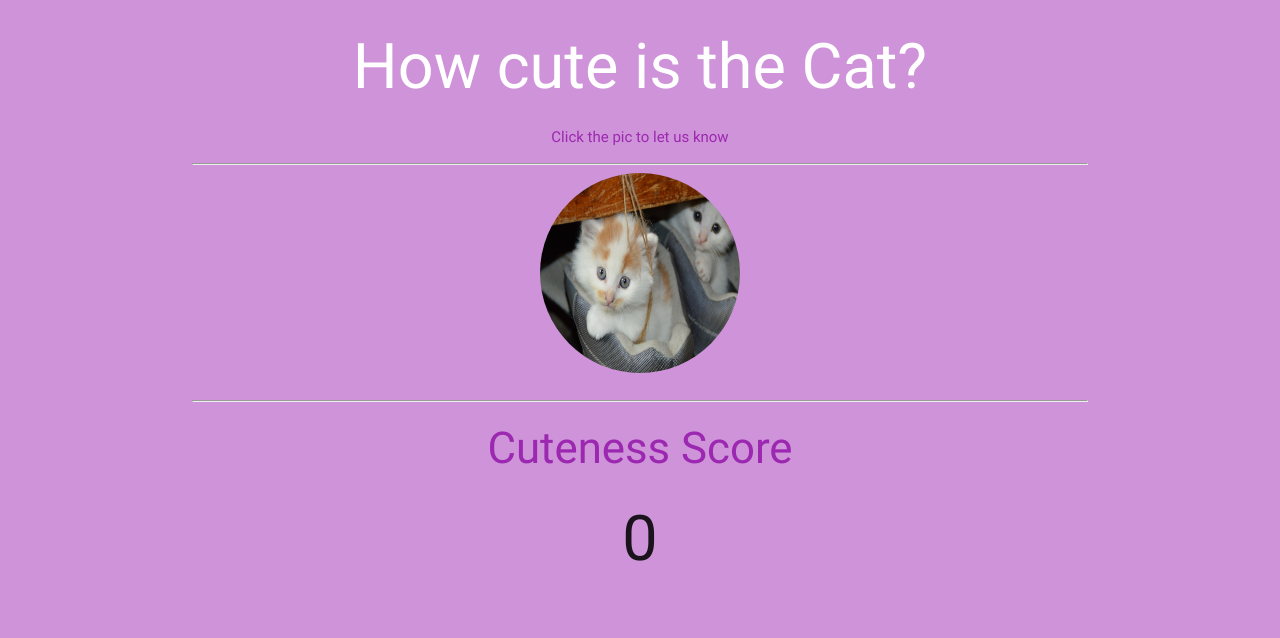
Repository: jaustinlam/cat-clicker
Page: main.html
The author's editor kept a record of every edit. The page is drawn from the files as they stood at one moment, then again after the next edit.
The browser window is 1280 px wide. The pictures show the whole page.

Above is the page before.

### main.html
<!DOCTYPE html>
<html lang="en-us">

<head>
<meta charset="utf-8">
<title>Cat Clicker</title>
<!--stylesheets-->
<link href="https://fonts.googleapis.com/icon?family=Material+Icons" rel="stylesheet">
<link rel="stylesheet" type="text/css" href="materialize/css/materialize.min.css">
<link rel="stylesheet" type="text/css" href="css/styles.css">
</head>

<body>
    <div class="container">
        <div class="row">
            <div class="col s12">
                <h1 class="white-text" id="title">How cute is the Cat?</h1>
                <p class="purple-text lighten-2" id="title">Click the pic to let us know</p>
                <hr>
                <!--<i class="material-icons">play_for_class</i>-->
            </div>
            <div class="col s12">
                <img id="cat-img" class="circle responsive-img" src="images/cat-451377_1920.jpg">
            </div>
        </div>
        <div class="row">
            <div class="col s12">
                <hr>
                <h3 class="purple-text" id="title">Cuteness Score</h3>
                <h1 id="title">0</h1>
            </div>
        </div>



    </div>



<!--scripts-->
<script src="js/libs/jquery.min.js"></script>
<script src="js/script.js"></script>
</body>
</html>

### css/styles.css
#cat-img{
    height: 200px;
    width: 200px;
    margin: auto;
    display: block;

}
#title{
    text-align: center;
}

body{
    background-color: #ce93d8;
}

.cat-col{
    background-color: white;
}

### js/script.js


//Selectors
var $catPicsElem = $("#cat-pics");
var $catListElem = $("#catList");

// Variables
var cats = {
    "cats" : [
    {
        "name"  : "Scruffy",
        "img"   : "images/cat1.jpg",
    },
    {
        "name"  : "Puffy",
        "img"   : "images/cat2.jpg",
    },
    {
        "name"  : "Fluffy",
        "img"   : "images/cat3.jpg",
    },
    {
        "name"  : "Tuffy",
        "img"   : "images/cat4.jpg",
    },
    {
        "name"  : "Muffy",
        "img"   : "images/cat5.jpg",
    },
    {
        "name"  : "Duffy",
        "img"   : "images/cat6.jpg",
    },
    {
        "name"  : "Gruffy",
        "img"   : "images/cat7.jpg",
    }]
};



// Append cat names to list
loadCats = function(){
    for(var i = 0; i < cats.cats.length; i++){
        var thisCat = cats.cats[i];
        thisCat.clicks = 0;
        var elem = document.createElement('li');
        elem.textContent = thisCat.name;
        $catListElem.append(elem);
        $(elem).on('click', (function(c){
            return function(){
                $('#catList li').removeClass('active');
                $(this).addClass('active');
                $catPicsElem.empty();
                $catPicsElem.append("<h2 class='catName'>" + c.name + "</h2>");
                $catPicsElem.append("<img class='cat-img responsive-img' src='"+ c.img + "'>");
                $('#score').text(c.clicks);
                $('.cat-img').on('click', function(){
                    c.clicks += 1;
                    $('#score').text(c.clicks);
                });
            };
        })(thisCat));
    }

};
loadCats();

Loaded but not shown: materialize/css/materialize.min.css (library); js/libs/jquery.min.js (library)

After the next edit:
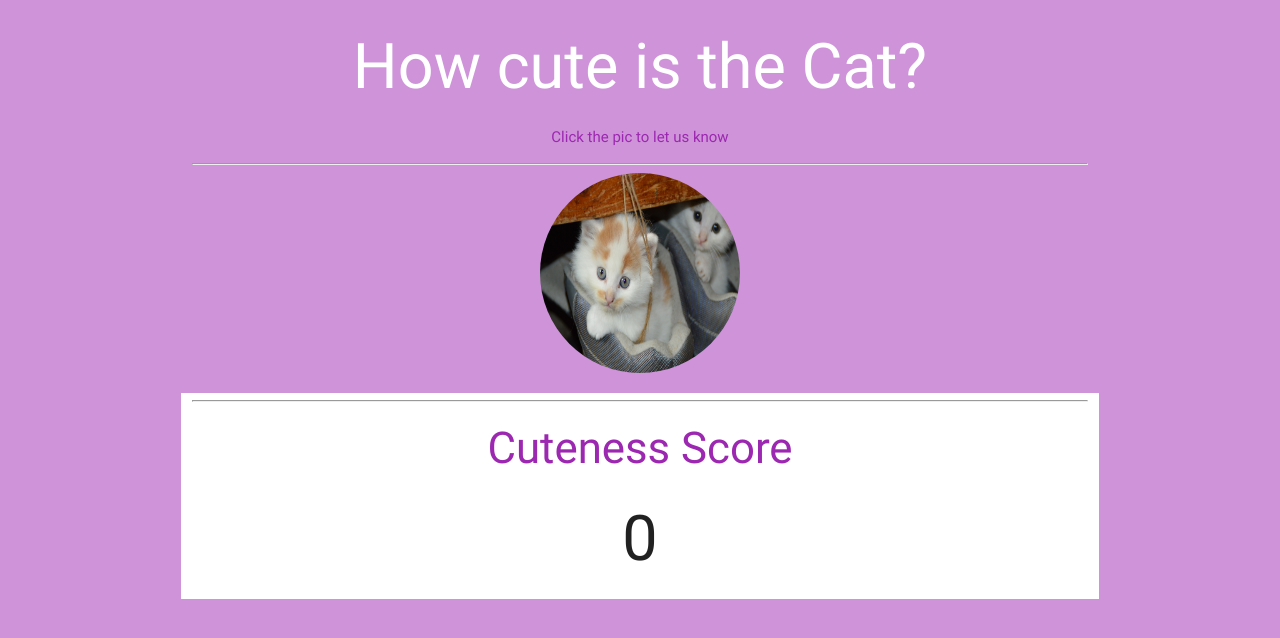
The edit:
--- a/main.html
+++ b/main.html
@@ -23,7 +23,7 @@
                 <img id="cat-img" class="circle responsive-img" src="images/cat-451377_1920.jpg">
             </div>
         </div>
-        <div class="row">
+        <div class="row cat-col">
             <div class="col s12">
                 <hr>
                 <h3 class="purple-text" id="title">Cuteness Score</h3>
